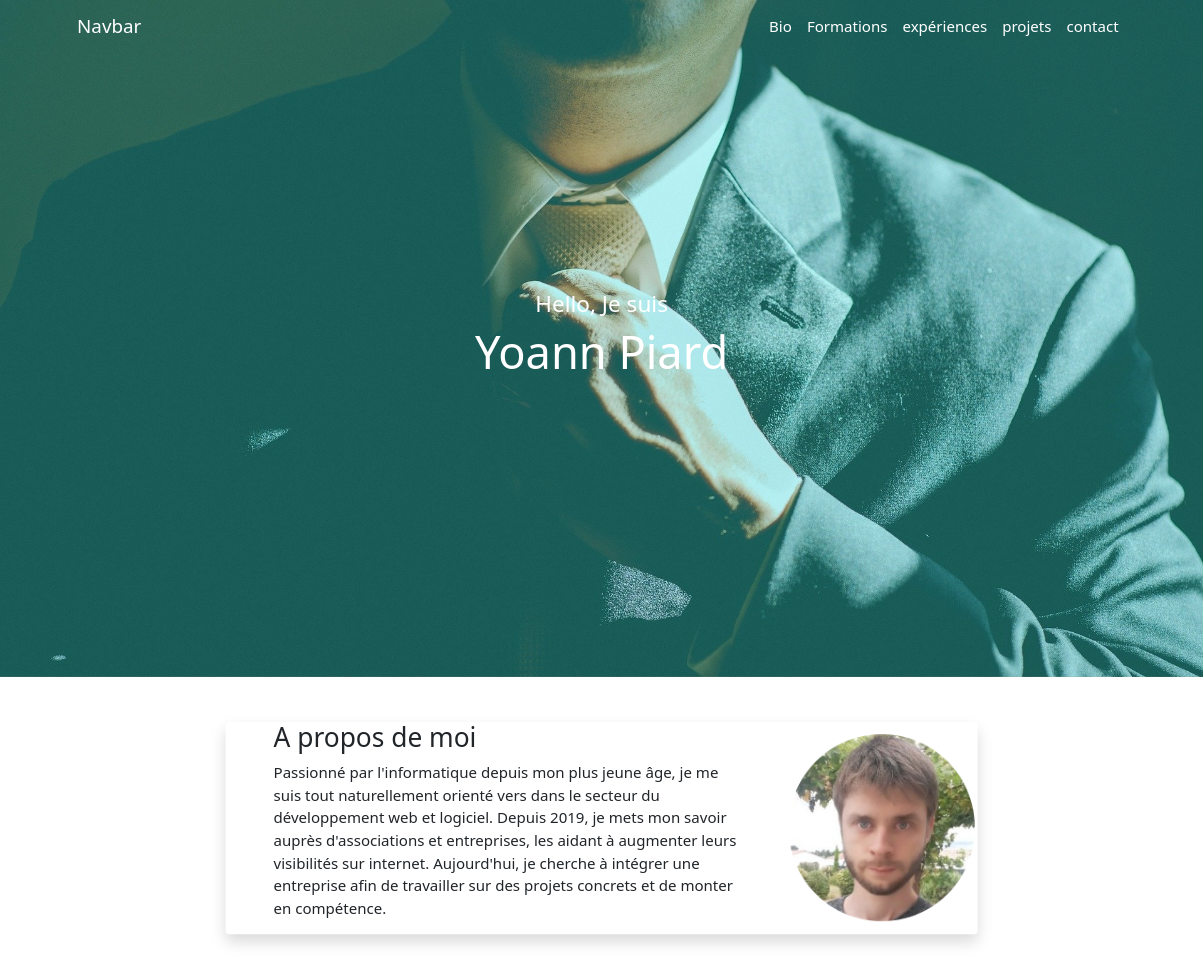
Repository: ypiard85/port-folio-bootstrap-yoann-2021
Page: index.html
An editor plug-in stored every save of this project. The page is shown before and after the next save, followed by the edit.
The browser window is 1280 px wide. The pictures show the whole page, at 94% of full size.

Above is the page before, as saved 2021-03-09 14:14:27.

After the next save:
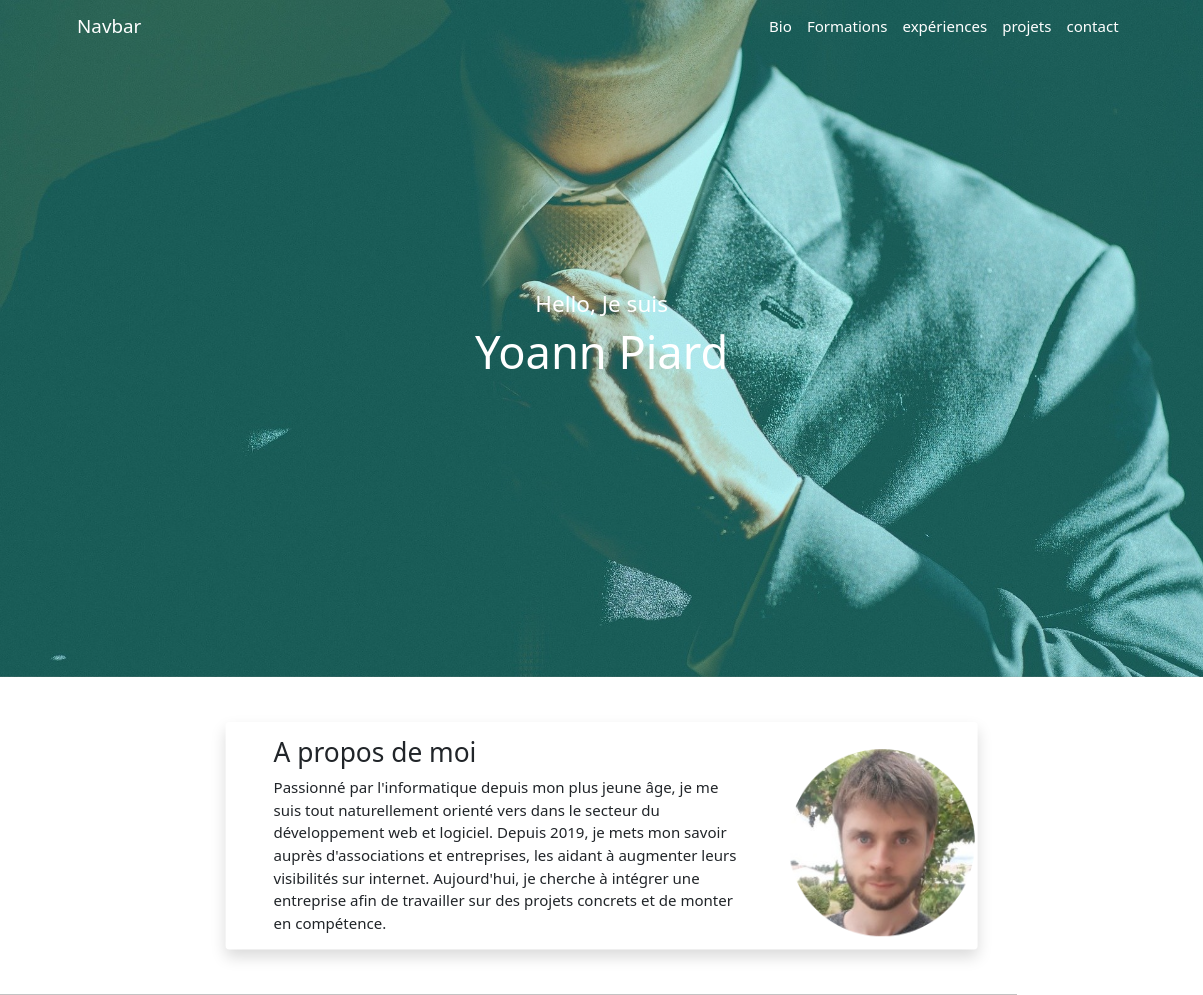
Saved 12 s later.
--- a/index.html
+++ b/index.html
@@ -46,7 +46,7 @@
           </header>
 
           <section class="about_me container mt-5 mb-5">
-                <div class="about_card shadow rounded flex-wrap justify-content-center align-items-center align-content-center d-flex">
+                <div class=" pt-3 about_card shadow rounded flex-wrap justify-content-center align-items-center align-content-center d-flex">
                     <div class="about_presentation mx-5">
                         <h3>A propos de moi</h3>
                         <p>Passionné par l'informatique depuis mon plus jeune âge, je me suis tout naturellement orienté vers dans le secteur du développement web et logiciel. Depuis 2019, je mets mon savoir auprès d'associations et entreprises, les aidant à augmenter leurs visibilités sur internet. Aujourd'hui, je cherche à intégrer une entreprise afin de travailler sur des projets concrets et de monter en compétence.</p>
